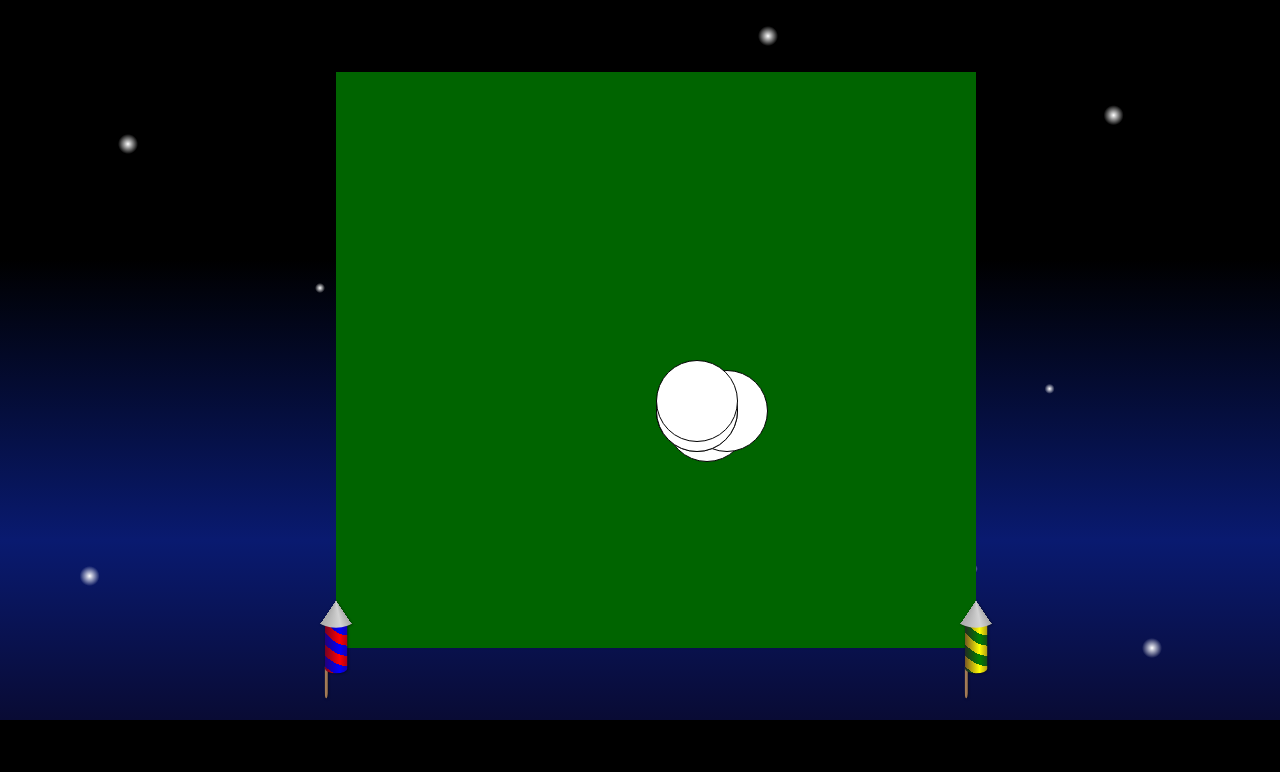
Repository: juliandecloe/CSS-To-The-Rescue---Julian-de-Cloe
Page: index.html
These files come from the project's save history. The page is drawn as it stood at one moment and after the next save; the edit follows.
The browser window is 1280 px wide. The pictures show the whole page.

Above is the page before, as saved 2022-03-10 17:18:02.

After the next save:
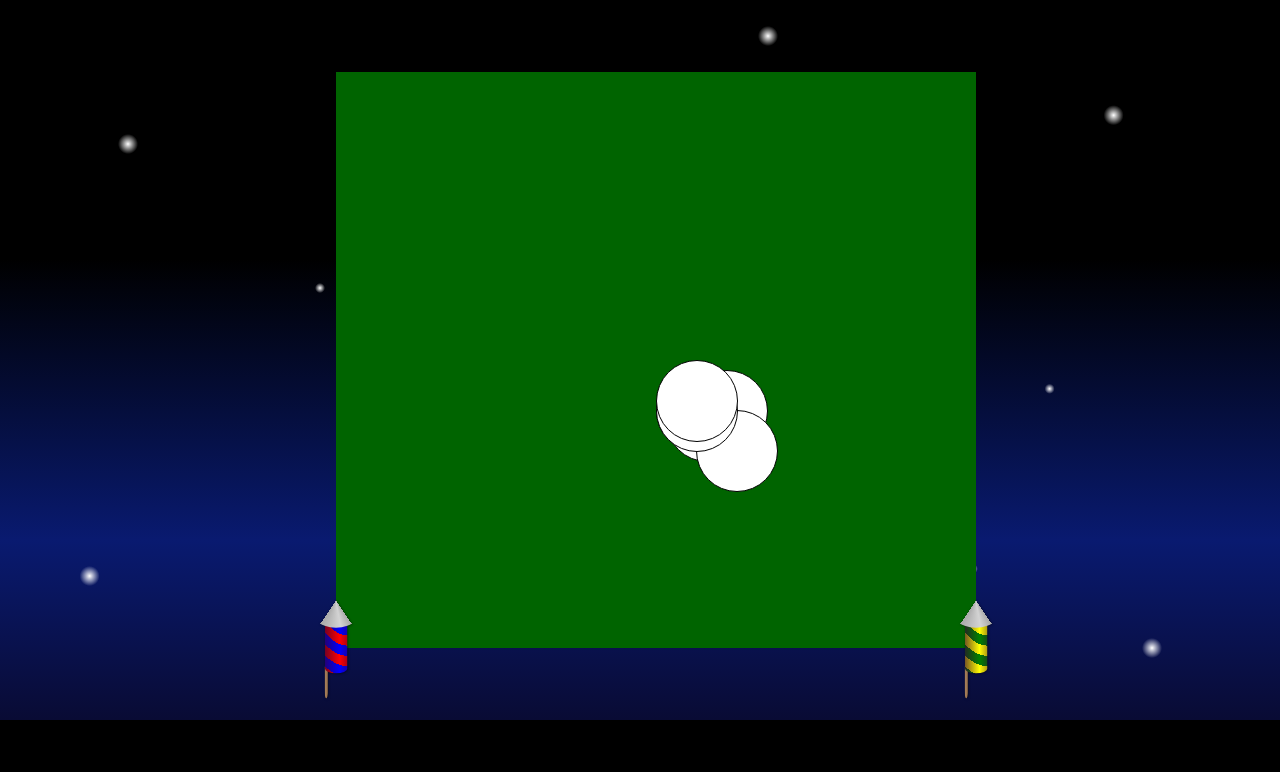
Saved 16 s later.
--- a/style.css
+++ b/style.css
@@ -619,8 +619,8 @@ article li:nth-child(4) {
 }
 
 article li:nth-child(5) {
-	top: 10px;
-	left: 0;
+	top: 50px;
+	left: 40px;
 }
 
 article li:nth-child(6) {
